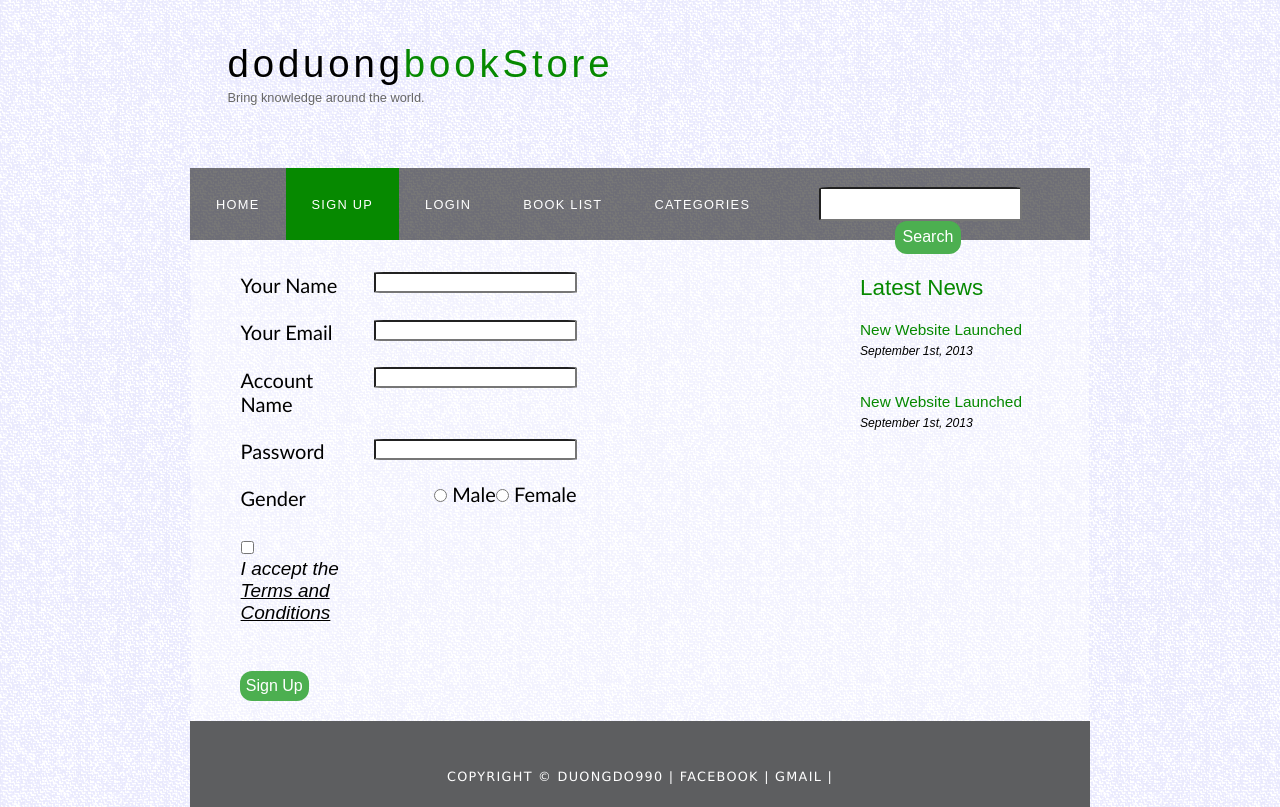
Repository: ngttuyen/JavaWeb
Page: http://localhost/MyWebsite/signup.jsp
These files come from the project's save history. The page is drawn as it stood at one moment and after the next save; the edit follows.
The browser window is 1280 px wide. The pictures show the whole page.
The page is served by Tomcat 9.

Above is the page before, as saved 2019-06-01 12:59:30.

After the next save:
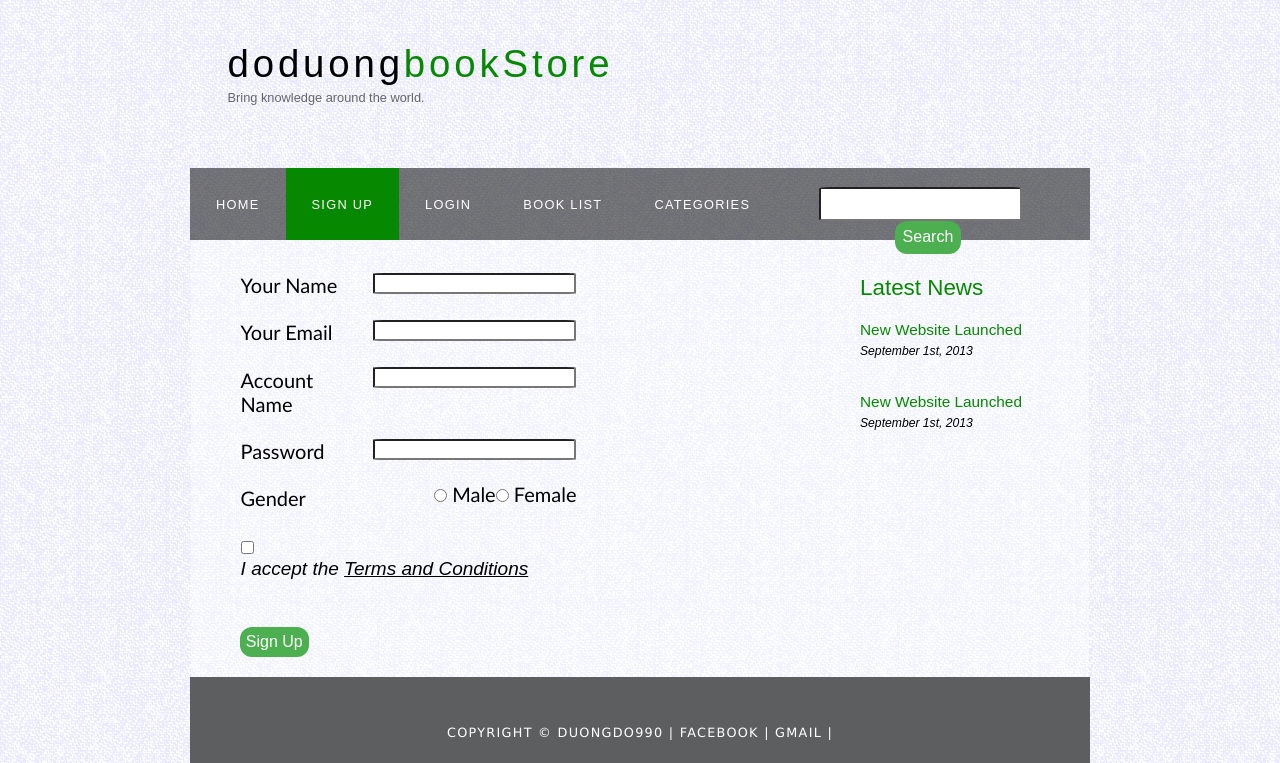
Saved 11 s later.
--- a/MyWebsite/WebContent/signup.jsp
+++ b/MyWebsite/WebContent/signup.jsp
@@ -62,7 +62,7 @@
 									Female</td>
 						</tr>
 						<tr>
-							<td><input type="checkbox" required name="terms">
+							<td colspan="2"><input type="checkbox" required name="terms">
 							<h5>
 									I accept the <u>Terms and Conditions</u>
 								</h5>
